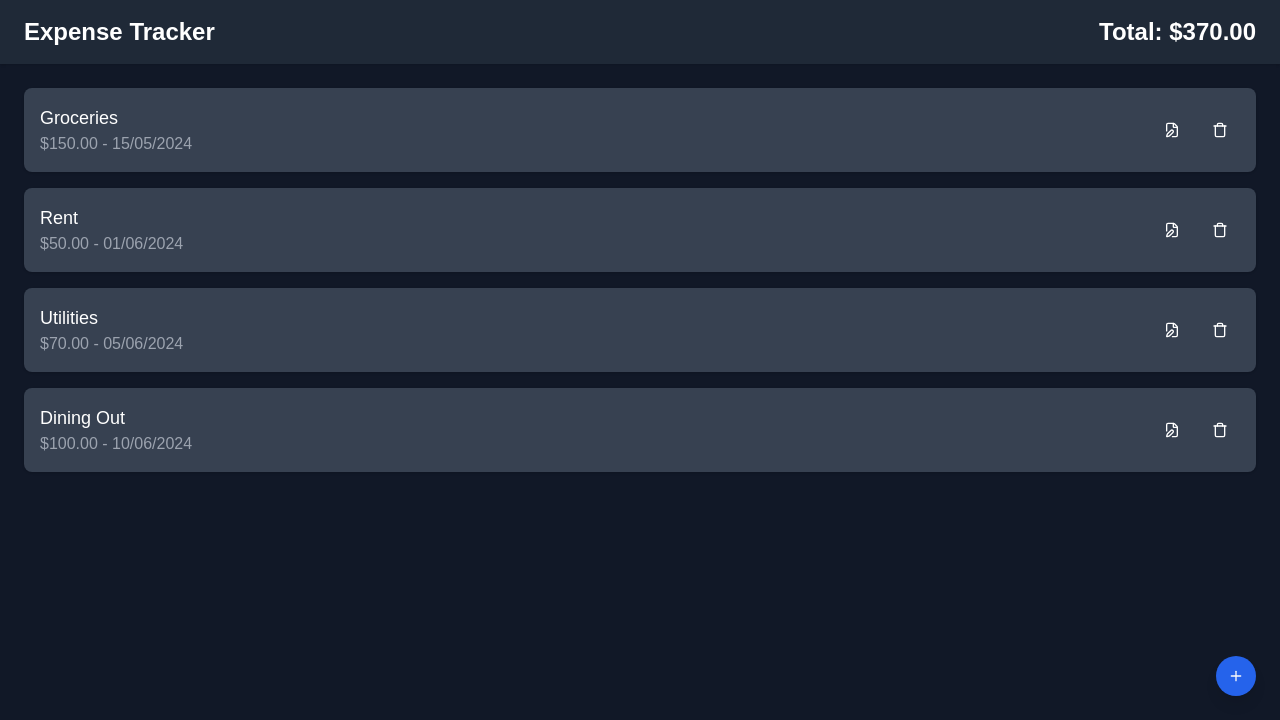
Repository: asadullah48/15_expense_tracker_app
Page: /
The author's editor kept a copy of each file at every save. The page is drawn from the files as they stood at one save, then again after the next save.
The browser window is 1280 px wide. The pictures show the whole page.
The project was rebuilt for these pictures with package versions that can differ from the ones it lists, and the page was loaded fresh each time. The framework's server and built-in components were replaced by stand-ins that run in the browser. Also part of the build but not shown: next.config.mjs, components/ui/label.tsx, components/ui/input.tsx.

Above is the page before, as saved 2024-10-20 13:14:08.

### app/page.tsx
import ExpenseTracker from "@/components/expense-tracker";

export default function Home() {
  return (
    <div>
      <ExpenseTracker />
    </div>
  );
}

### components/expense-tracker.tsx
"use client";

import React, { useState, useEffect, ChangeEvent } from "react";
import { Button } from "@/components/ui/button";
import {
  Dialog,
  DialogContent,
  DialogHeader,
  DialogTitle,
  DialogFooter,
} from "@/components/ui/dialog";
import { Label } from "@/components/ui/label";
import { Input } from "@/components/ui/input";
import { FilePenIcon, PlusIcon, TrashIcon } from "lucide-react";
import { format } from "date-fns";

type Expense = {
  id: number;
  name: string;
  amount: number;
  date: Date;
};

const initialExpenses: Expense[] = [
  { id: 1, name: "Groceries", amount: 150, date: new Date("2024-05-15") },
  { id: 2, name: "Rent", amount: 50, date: new Date("2024-06-01") },
  { id: 3, name: "Utilities", amount: 70, date: new Date("2024-06-05") },
  { id: 4, name: "Dining Out", amount: 100, date: new Date("2024-06-10") },
];

export default function ExpenseTrackerComponent() {
  const [expenses, setExpenses] = useState<Expense[]>([]);
  const [showModal, setShowModal] = useState<boolean>(false);
  const [isEditing, setIsEditing] = useState<boolean>(false);
  const [currentExpenseId, setCurrentExpenseId] = useState<number | null>(null);
  const [newExpense, setNewExpense] = useState<{ name: string; amount: string; date: Date; }>({ name: "", amount: "", date: new Date() });

  useEffect(() => {
    const storedExpenses = localStorage.getItem("expenses");
    if (storedExpenses) {
      setExpenses(
        JSON.parse(storedExpenses).map((expense: Expense) => ({
          ...expense,
          date: new Date(expense.date),
        }))
      );
    } else {
      setExpenses(initialExpenses);
    }
  }, []);

  useEffect(() => {
    if (expenses.length > 0) {
      localStorage.setItem("expenses", JSON.stringify(expenses));
    }
  }, [expenses]);

  const handleAddExpense = (): void => {
    setExpenses([...expenses, { id: expenses.length + 1, name: newExpense.name, amount: parseFloat(newExpense.amount), date: new Date(newExpense.date), }]);
    resetForm();
    setShowModal(false);
  };

  const handleEditExpense = (id: number): void => {
    const expenseToEdit = expenses.find((expense) => expense.id === id);
    if (expenseToEdit) {
      setNewExpense({ name: expenseToEdit.name, amount: expenseToEdit.amount.toString(), date: expenseToEdit.date });
      setCurrentExpenseId(id);
      setIsEditing(true);
      setShowModal(true);
    }
  };

  const handleSaveEditExpense = (): void => {
    setExpenses(
      expenses.map((expense) =>
        expense.id === currentExpenseId
          ? { ...expense, ...newExpense, amount: parseFloat(newExpense.amount) }
          : expense
      )
    );
    resetForm();
    setShowModal(false);
  };

  const resetForm = (): void => {
    setNewExpense({ name: "", amount: "", date: new Date() });
    setIsEditing(false);
    setCurrentExpenseId(null);
  };

  const handleDeleteExpense = (id: number): void => {
    setExpenses(expenses.filter((expense) => expense.id !== id));
  };

  const totalExpenses = expenses.reduce((total, expense) => total + expense.amount, 0);

  const handleInputChange = (e: ChangeEvent<HTMLInputElement>): void => {
    const { id, value } = e.target;
    setNewExpense((prevExpense) => ({
      ...prevExpense,
      [id]: id === "amount" ? parseFloat(value) : id === "date" ? new Date(value) : value,
    }));
  };

  return (
    <div className="flex flex-col h-screen bg-gray-900 text-white">
      <header className="bg-gray-800 text-white py-4 px-6 shadow">
        <div className="flex justify-between items-center">
          <h1 className="text-2xl font-bold">Expense Tracker</h1>
          <div className="text-2xl font-bold">Total: ${totalExpenses.toFixed(2)}</div>
        </div>
      </header>
      <main className="flex-1 overflow-y-auto p-6">
        <ul className="space-y-4">
          {expenses.map((expense) => (
            <li key={expense.id} className="bg-gray-700 p-4 rounded-lg shadow flex justify-between items-center">
              <div>
                <h3 className="text-lg font-medium">{expense.name}</h3>
                <p className="text-gray-400">
                  ${expense.amount.toFixed(2)} - {format(expense.date, "dd/MM/yyyy")}
                </p>
              </div>
              <div className="flex gap-2">
                <Button variant="ghost" size="icon" onClick={() => handleEditExpense(expense.id)}>
                  <FilePenIcon className="w-5 h-5" />
                </Button>
                <Button variant="ghost" size="icon" onClick={() => handleDeleteExpense(expense.id)}>
                  <TrashIcon className="w-5 h-5" />
                </Button>
              </div>
            </li>
          ))}
        </ul>
      </main>
      <div className="fixed bottom-6 right-6">
        <Button size="icon" className="rounded-full shadow-lg bg-blue-600 hover:bg-blue-700 transition">
          <PlusIcon className="w-6 h-6" onClick={() => { setShowModal(true); setIsEditing(false); resetForm(); }} />
        </Button>
      </div>
      <Dialog open={showModal} onOpenChange={setShowModal}>
        <DialogContent className="bg-gray-800 p-6 rounded-lg shadow w-full max-w-md">
        <DialogHeader>
  <DialogTitle className="text-gray-300">{isEditing ? "Edit Expense" : "Add Expense"}</DialogTitle>
</DialogHeader>

<div className="grid gap-4">
  <div className="grid gap-2">
    <Label htmlFor="name" className="text-gray-300">Expense Name</Label>
    <Input id="name" value={newExpense.name} onChange={handleInputChange} className="bg-gray-700 text-white" />
  </div>
  <div className="grid gap-2">
    <Label htmlFor="amount" className="text-gray-300">Amount</Label>
    <Input id="amount" type="number" value={newExpense.amount} onChange={handleInputChange} className="bg-gray-700 text-white" />
  </div>
  <div className="grid gap-2">
    <Label htmlFor="date" className="text-gray-300">Date</Label>
    <Input id="date" type="date" value={newExpense.date.toISOString().slice(0, 10)} onChange={handleInputChange} className="bg-gray-700 text-white" />
  </div>
</div>

          <DialogFooter>
            <Button variant="outline" onClick={() => setShowModal(false)} className="text-white hover:bg-red-600 border-pink-600 hover:border-red-500 bg-red-500">
              Cancel
            </Button>
            <Button onClick={isEditing ? handleSaveEditExpense : handleAddExpense} className="bg-blue-600 hover:bg-blue-700 transition">
              {isEditing ? "Save Changes" : "Add Expense"}
            </Button>
          </DialogFooter>
        </DialogContent>
      </Dialog>
    </div>
  );
}

### components/ui/button.tsx
import * as React from "react"
import { Slot } from "@radix-ui/react-slot"
import { cva, type VariantProps } from "class-variance-authority"

import { cn } from "@/lib/utils"

const buttonVariants = cva(
  "inline-flex items-center justify-center gap-2 whitespace-nowrap rounded-md text-sm font-medium ring-offset-background transition-colors focus-visible:outline-none focus-visible:ring-2 focus-visible:ring-ring focus-visible:ring-offset-2 disabled:pointer-events-none disabled:opacity-50 [&_svg]:pointer-events-none [&_svg]:size-4 [&_svg]:shrink-0",
  {
    variants: {
      variant: {
        default: "bg-primary text-primary-foreground hover:bg-primary/90",
        destructive:
          "bg-destructive text-destructive-foreground hover:bg-destructive/90",
        outline:
          "border border-input bg-background hover:bg-accent hover:text-accent-foreground",
        secondary:
          "bg-secondary text-secondary-foreground hover:bg-secondary/80",
        ghost: "hover:bg-accent hover:text-accent-foreground",
        link: "text-primary underline-offset-4 hover:underline",
      },
      size: {
        default: "h-10 px-4 py-2",
        sm: "h-9 rounded-md px-3",
        lg: "h-11 rounded-md px-8",
        icon: "h-10 w-10",
      },
    },
    defaultVariants: {
      variant: "default",
      size: "default",
    },
  }
)

export interface ButtonProps
  extends React.ButtonHTMLAttributes<HTMLButtonElement>,
    VariantProps<typeof buttonVariants> {
  asChild?: boolean
}

const Button = React.forwardRef<HTMLButtonElement, ButtonProps>(
  ({ className, variant, size, asChild = false, ...props }, ref) => {
    const Comp = asChild ? Slot : "button"
    return (
      <Comp
        className={cn(buttonVariants({ variant, size, className }))}
        ref={ref}
        {...props}
      />
    )
  }
)
Button.displayName = "Button"

export { Button, buttonVariants }

### components/ui/dialog.tsx
"use client"

import * as React from "react"
import * as DialogPrimitive from "@radix-ui/react-dialog"
import { X } from "lucide-react"

import { cn } from "@/lib/utils"

const Dialog = DialogPrimitive.Root

const DialogTrigger = DialogPrimitive.Trigger

const DialogPortal = DialogPrimitive.Portal

const DialogClose = DialogPrimitive.Close

const DialogOverlay = React.forwardRef<
  React.ElementRef<typeof DialogPrimitive.Overlay>,
  React.ComponentPropsWithoutRef<typeof DialogPrimitive.Overlay>
>(({ className, ...props }, ref) => (
  <DialogPrimitive.Overlay
    ref={ref}
    className={cn(
      "fixed inset-0 z-50 bg-black/80  data-[state=open]:animate-in data-[state=closed]:animate-out data-[state=closed]:fade-out-0 data-[state=open]:fade-in-0",
      className
    )}
    {...props}
  />
))
DialogOverlay.displayName = DialogPrimitive.Overlay.displayName

const DialogContent = React.forwardRef<
  React.ElementRef<typeof DialogPrimitive.Content>,
  React.ComponentPropsWithoutRef<typeof DialogPrimitive.Content>
>(({ className, children, ...props }, ref) => (
  <DialogPortal>
    <DialogOverlay />
    <DialogPrimitive.Content
      ref={ref}
      className={cn(
        "fixed left-[50%] top-[50%] z-50 grid w-full max-w-lg translate-x-[-50%] translate-y-[-50%] gap-4 border bg-background p-6 shadow-lg duration-200 data-[state=open]:animate-in data-[state=closed]:animate-out data-[state=closed]:fade-out-0 data-[state=open]:fade-in-0 data-[state=closed]:zoom-out-95 data-[state=open]:zoom-in-95 data-[state=closed]:slide-out-to-left-1/2 data-[state=closed]:slide-out-to-top-[48%] data-[state=open]:slide-in-from-left-1/2 data-[state=open]:slide-in-from-top-[48%] sm:rounded-lg",
        className
      )}
      {...props}
    >
      {children}
      <DialogPrimitive.Close className="absolute right-4 top-4 rounded-sm opacity-70 ring-offset-background transition-opacity hover:opacity-100 focus:outline-none focus:ring-2 focus:ring-ring focus:ring-offset-2 disabled:pointer-events-none data-[state=open]:bg-accent data-[state=open]:text-muted-foreground">
        <X className="h-4 w-4" />
        <span className="sr-only">Close</span>
      </DialogPrimitive.Close>
    </DialogPrimitive.Content>
  </DialogPortal>
))
DialogContent.displayName = DialogPrimitive.Content.displayName

const DialogHeader = ({
  className,
  ...props
}: React.HTMLAttributes<HTMLDivElement>) => (
  <div
    className={cn(
      "flex flex-col space-y-1.5 text-center sm:text-left",
      className
    )}
    {...props}
  />
)
DialogHeader.displayName = "DialogHeader"

const DialogFooter = ({
  className,
  ...props
}: React.HTMLAttributes<HTMLDivElement>) => (
  <div
    className={cn(
      "flex flex-col-reverse sm:flex-row sm:justify-end sm:space-x-2",
      className
    )}
    {...props}
  />
)
DialogFooter.displayName = "DialogFooter"

const DialogTitle = React.forwardRef<
  React.ElementRef<typeof DialogPrimitive.Title>,
  React.ComponentPropsWithoutRef<typeof DialogPrimitive.Title>
>(({ className, ...props }, ref) => (
  <DialogPrimitive.Title
    ref={ref}
    className={cn(
      "text-lg font-semibold leading-none tracking-tight",
      className
    )}
    {...props}
  />
))
DialogTitle.displayName = DialogPrimitive.Title.displayName

const DialogDescription = React.forwardRef<
  React.ElementRef<typeof DialogPrimitive.Description>,
  React.ComponentPropsWithoutRef<typeof DialogPrimitive.Description>
>(({ className, ...props }, ref) => (
  <DialogPrimitive.Description
    ref={ref}
    className={cn("text-sm text-muted-foreground", className)}
    {...props}
  />
))
DialogDescription.displayName = DialogPrimitive.Description.displayName

export {
  Dialog,
  DialogPortal,
  DialogOverlay,
  DialogClose,
  DialogTrigger,
  DialogContent,
  DialogHeader,
  DialogFooter,
  DialogTitle,
  DialogDescription,
}

Loaded but not shown: app/layout.tsx (common file); app/globals.css (common file); lib/utils.ts (common file); tailwind.config.ts (common file)

After the next save:
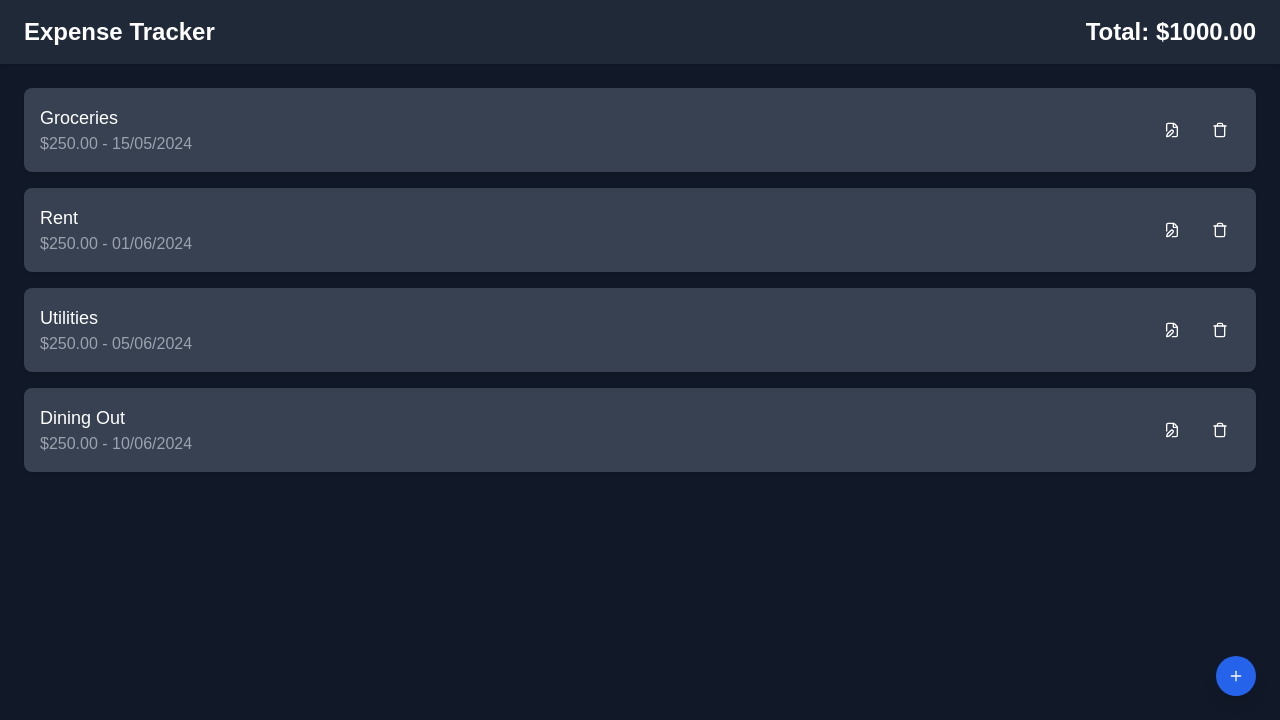
Saved 24 s later.
--- a/components/expense-tracker.tsx
+++ b/components/expense-tracker.tsx
@@ -22,10 +22,10 @@ type Expense = {
 };
 
 const initialExpenses: Expense[] = [
-  { id: 1, name: "Groceries", amount: 150, date: new Date("2024-05-15") },
-  { id: 2, name: "Rent", amount: 50, date: new Date("2024-06-01") },
-  { id: 3, name: "Utilities", amount: 70, date: new Date("2024-06-05") },
-  { id: 4, name: "Dining Out", amount: 100, date: new Date("2024-06-10") },
+  { id: 1, name: "Groceries", amount: 250, date: new Date("2024-05-15") },
+  { id: 2, name: "Rent", amount: 250, date: new Date("2024-06-01") },
+  { id: 3, name: "Utilities", amount: 250, date: new Date("2024-06-05") },
+  { id: 4, name: "Dining Out", amount: 250, date: new Date("2024-06-10") },
 ];
 
 export default function ExpenseTrackerComponent() {
